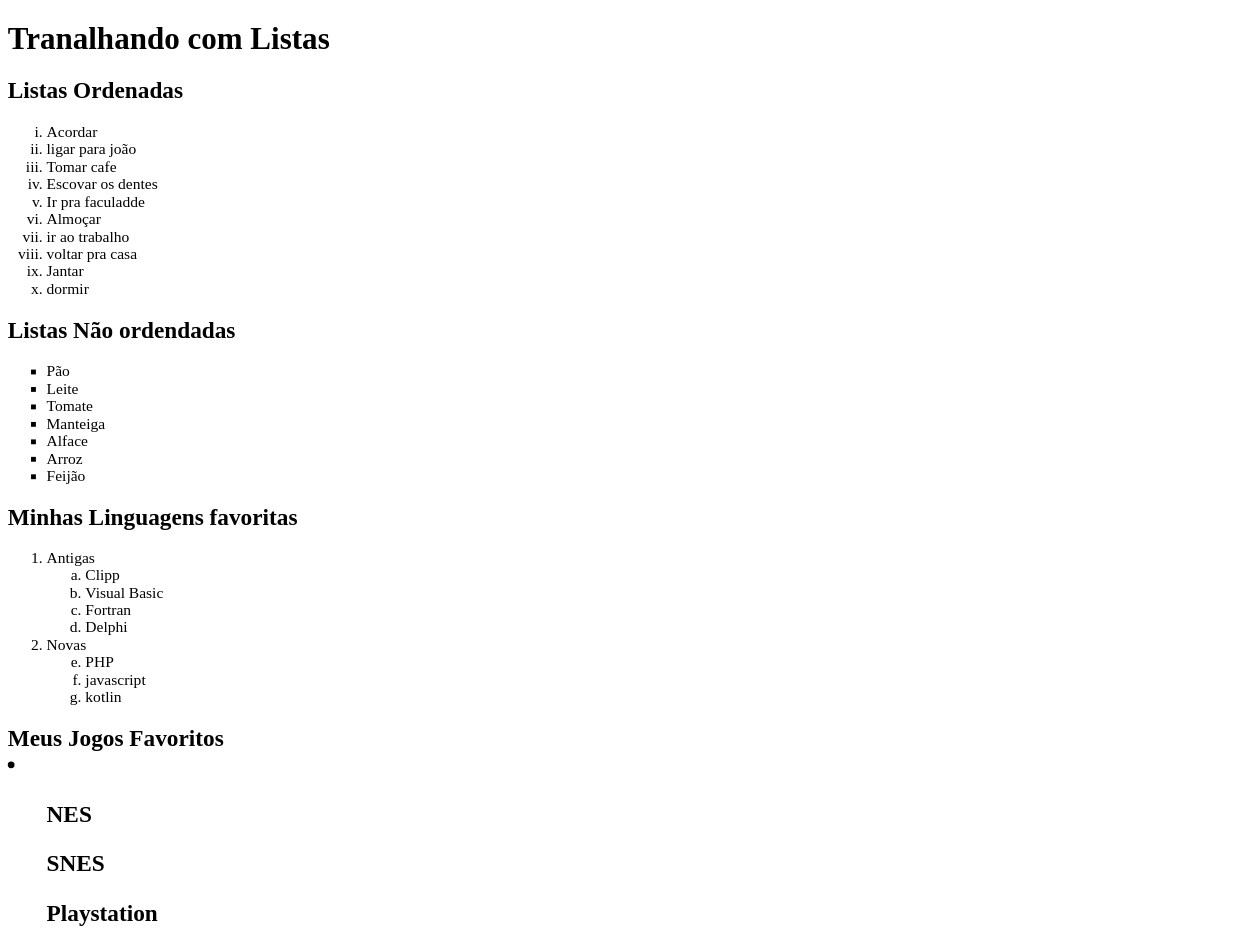
Repository: pheonix5/Estudo
Page: html-css/exercicios/ex009/index.html
The author's editor kept a copy of each file at every save. The page is drawn from the files as they stood at one save, then again after the next save.
The browser window is 1280 px wide. The pictures show the whole page, at 97% of full size.

Above is the page before, as saved 2023-08-01 22:32:06.

### html-css/exercicios/ex009/index.html
<!DOCTYPE html>
<html lang="pt-br">
<head>
  <meta charset="UTF-8">
  <meta name="viewport" content="width=device-width, initial-scale=1.0">
  <title>Listas</title>
</head>
<body>
  <h1>Tranalhando com Listas</h1>
  <h2>Listas Ordenadas</h2>

  <ol type="i"> <!-- 1 A a I i -->
    <li>Acordar</li>
    <li>ligar para joão</li>
    <li>Tomar cafe</li>
    <li>Escovar os dentes</li>
    <li>Ir pra faculadde</li>
    <li>Almoçar</li>
    <li>ir ao trabalho</li>
    <li>voltar pra casa</li>
    <li>Jantar</li>
    <li>dormir</li>
  </ol>

  <h2>Listas Não ordendadas</h2>
  <ul type="square"> <!-- disc circle square -->
    <li>Pão</li>
    <li>Leite</li>
    <li>Tomate</li>
    <li>Manteiga</li>
    <li>Alface</li>
    <li>Arroz</li>
    <li>Feijão</li>
  </ul>

  <h2>Minhas Linguagens favoritas </h2>
  <ol>
    <li>Antigas</li>
    <ol type="a">
      <li>Clipp</li>
      <li>Visual Basic</li>
      <li>Fortran</li>
      <li>Delphi</li>
    </ol>
    <li>Novas</li>
    <ol type="a" start="5">
      <li>PHP</li>
      <li>javascript</li>
      <li>kotlin</li>
    </ol>
  </ol>

  <h2>Meus Jogos Favoritos </body>
    <li>
      <ol>NES</ol>
    </li>
    <ol>SNES</ol>
    <ol>Playstation</ol>
</html>

After the next save:
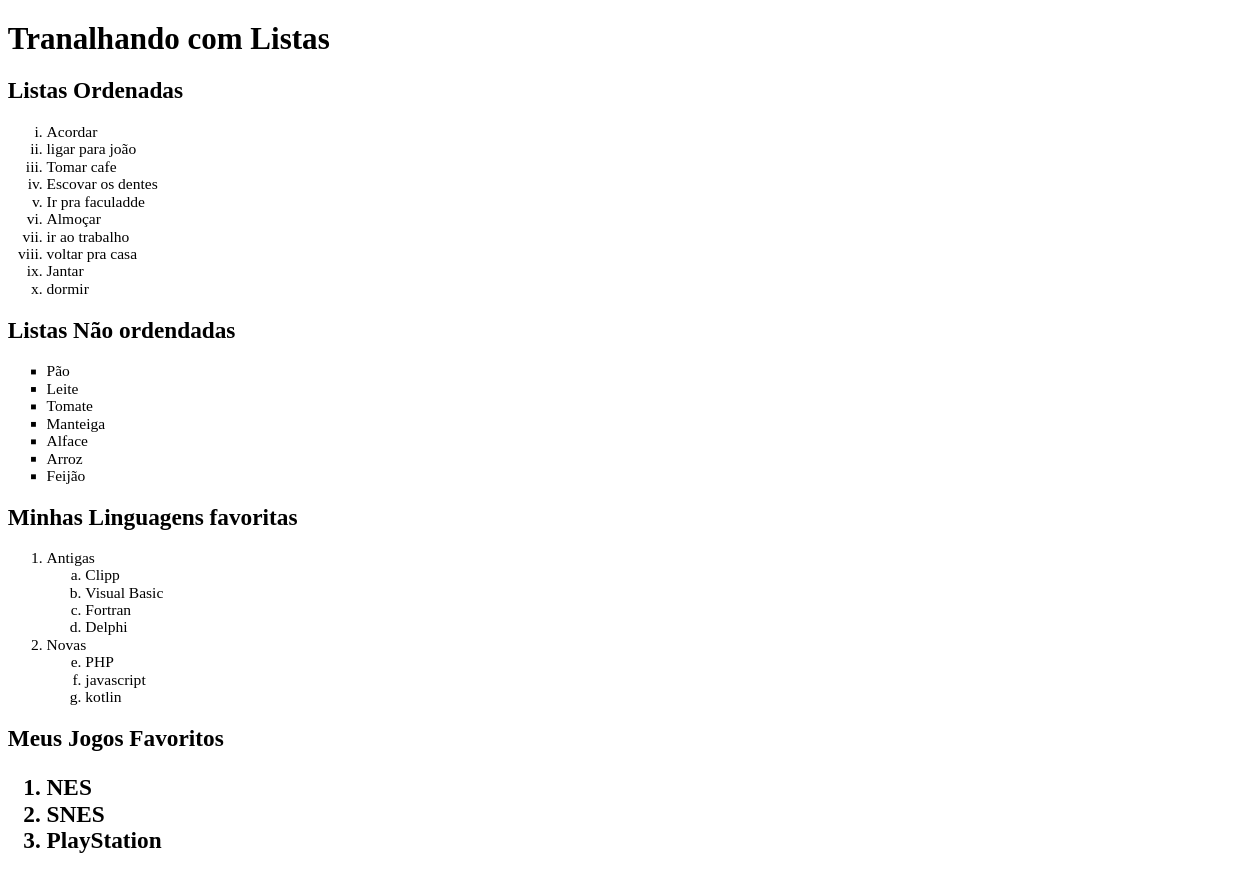
Saved 24 s later.
--- a/html-css/exercicios/ex009/index.html
+++ b/html-css/exercicios/ex009/index.html
@@ -51,9 +51,9 @@
   </ol>
 
   <h2>Meus Jogos Favoritos </body>
-    <li>
-      <ol>NES</ol>
-    </li>
-    <ol>SNES</ol>
-    <ol>Playstation</ol>
+    <ol>
+      <li>NES</li>
+      <li>SNES</li>
+      <li>PlayStation</li>
+    </ol>
 </html>
